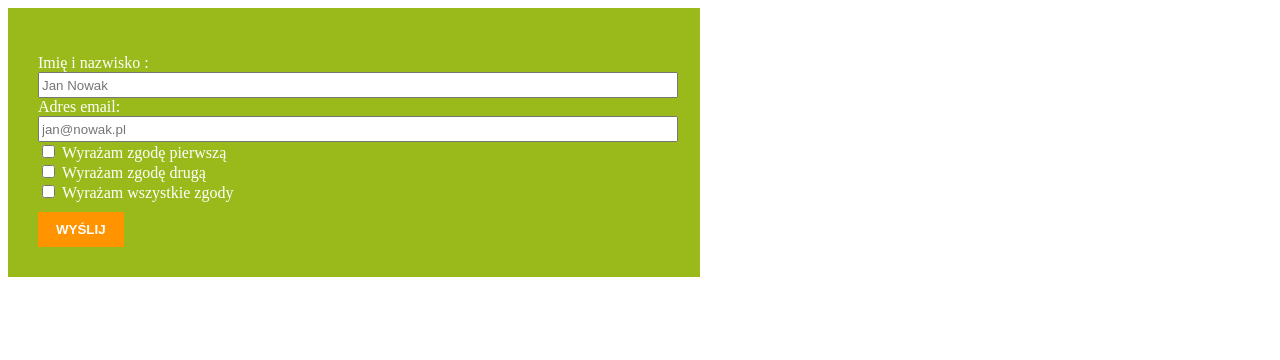
Repository: magdaf41/JavaScript
Page: JS DOM zadanie_5/index.html
These files come from the project's save history. The page is drawn as it stood at one moment and after the next save; the edit follows.
The browser window is 1280 px wide. The pictures show the whole page.

Above is the page before, as saved 2020-09-06 17:58:38.

After the next save:
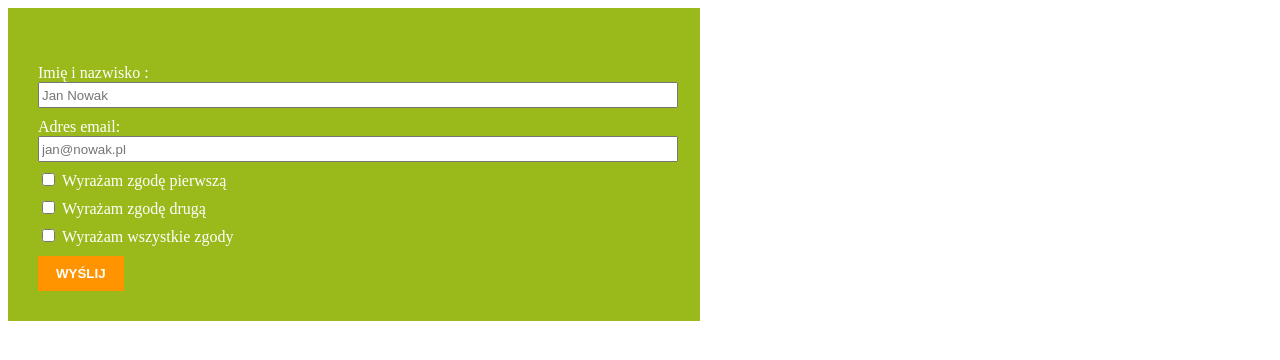
Saved 32 s later.
--- a/JS DOM zadanie_5/css/style.css
+++ b/JS DOM zadanie_5/css/style.css
@@ -4,6 +4,10 @@ font-size: 16px;
 color: #ffffff;
 padding: 30px;
 width: 50%;
+}
+
+label {
+    margin-top: 10px;
 }
 
 input, label {
